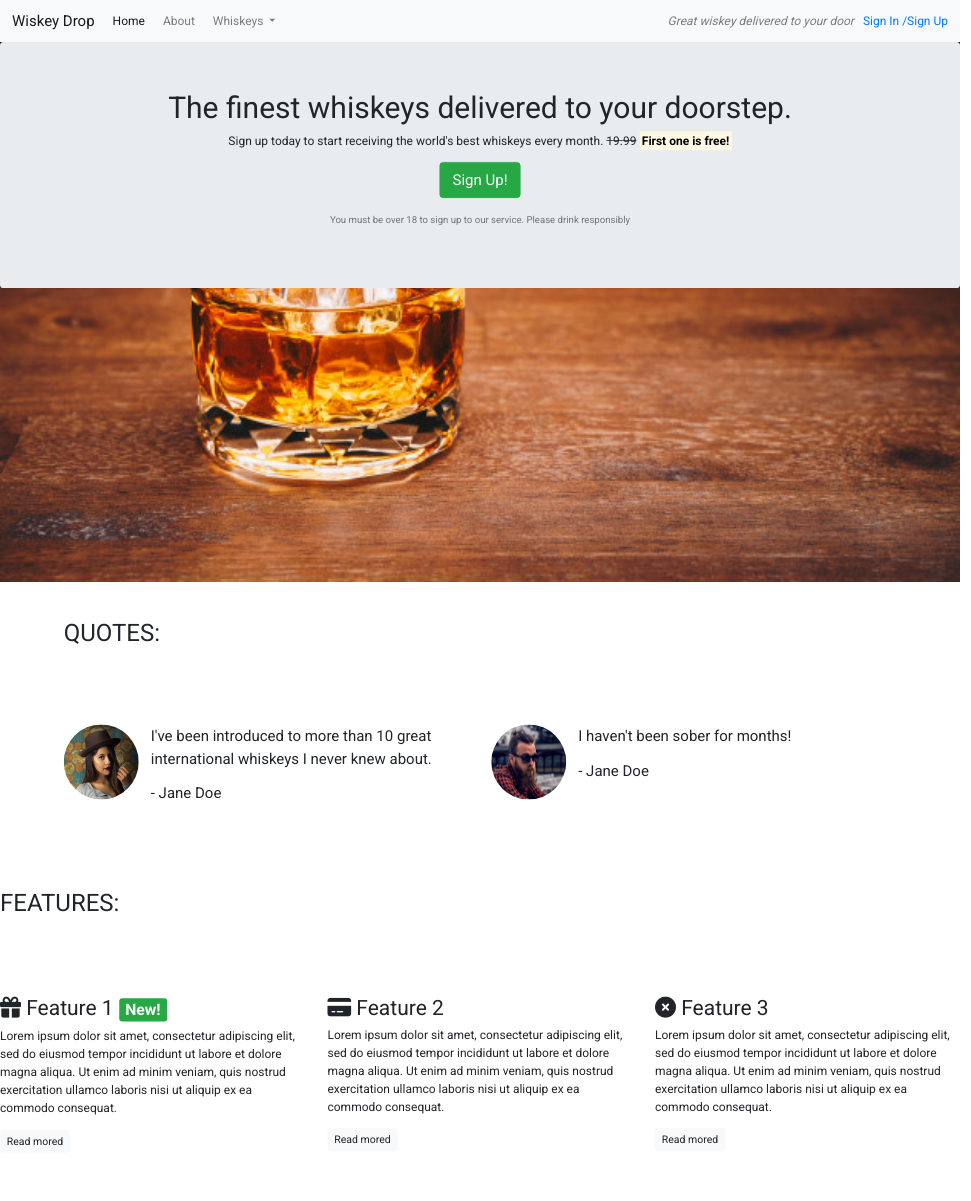
Repository: manub7/bootstrap4-mobile-first
Page: index.html
The author's editor kept a record of every edit. The page is drawn from the files as they stood at one moment, then again after the next edit.
The browser window is 1280 px wide. The page is 1295 px wide, so the pictures cover 1295 px, including what lies to the right of the window. The pictures show the whole page, at 75% of full size.
Backgrounds fixed to the window are drawn as part of the page. Some web libraries are served in a nearby version.

Above is the page before.

### index.html
<!DOCTYPE html>
<html lang="en-us">

<head>
    <meta charset="utf-8">
    <meta name="viewport" content="width=device-width, initial-scale=1.0">
    <title>Whiskey Drop | Taste a new whiskey every month</title>
    <link rel="stylesheet" href="https://maxcdn.bootstrapcdn.com/bootstrap/4.1.3/css/bootstrap.min.css">
    <link rel="stylesheet" href="https://stackpath.bootstrapcdn.com/bootstrap/4.4.1/css/bootstrap.min.css" integrity="sha384-Vkoo8x4CGsO3+Hhxv8T/Q5PaXtkKtu6ug5TOeNV6gBiFeWPGFN9MuhOf23Q9Ifjh" crossorigin="anonymous">
    <script src="https://kit.fontawesome.com/0c0aa31012.js" crossorigin="anonymous"></script>
    <link href="https://fonts.googleapis.com/css?family=Roboto:400,700&display=swap" rel="stylesheet">
    <link rel="stylesheet" href="css/style.css" type="text/css" />
</head>

<body>
    <nav class="navbar navbar-light bg-light navbar-expand-sm ">

        <a href="/" class="navbar-brand">Wiskey Drop</a>
        <button class="navbar-toggler ml-auto" type="button" data-toggle="collapse" data-target="#navbarNavDropdown" aria-controls="navbarNavDropdown" aria-expanded="false" aria-label="Toggle navigation">
        <span class="navbar-toggler-icon"></span></button>

        <div class="collapse navbar-collapse" id="navbarNavDropdown">
            <ul class="navbar-nav mr-auto">
                <li class="active nav-item mr-2"><a class="nav-link" href="/">Home</a></li>
                <li class="nav-item mr-2"><a class="nav-link" href="/about">About</a></li>
                <li class="nav-item dropdown">
                    <a class="nav-link dropdown-toggle" href="#" id="navbarDropdownMenuLink" role="button" data-toggle="dropdown" aria-haspopup="true" aria-expanded="false">
            Whiskeys
        </a>
                    <div class="dropdown-menu" aria-labelledby="navbarDropdownMenuLink">
                        <a class="dropdown-item" href="#">Irish</a>
                        <a class="dropdown-item" href="#">Scotch</a>
                        <a class="dropdown-item" href="#">Japanese</a>
                        <a class="dropdown-item" href="#">American</a>
                    </div>
                </li>

                <li class="nav-item mr-2 d-block d-sm-none"><a class="nav-link" href="">Sign In / Sign Up</a></li>
            </ul>
        </div>

        <div class="d-none d-md-block">
            <p class="navbar-text my-auto mr-2"><i>Great wiskey delivered to your door</i></p>
            <a href="/login">Sign In /Sign Up</a>

        </div>

    </nav>
    <!-- <div class="container alert-container">
        <div class="row d-none d-sm-block">
            <div class="col-12">
                <div class="alert alert-warning">
                    <strong>Sale Now On!</strong> We've got the sale on. Get 12 months subscription for the price of 6!
                    <a ref="">See here for details!</a>
                </div>
            </div>
        </div>
         -->
        <!-- Callout -->
        <div class="callout-container">
            <div class="row">
                <div class="col-12">
                    <section class="callout jumbotron text-center">
                        <h1>The finest whiskeys delivered to your doorstep.</h1>
                        <p clas="lead">Sign up today to start receiving the world's best whiskeys every month.
                            <s class="d-none d-sm-inline">19.99</s>
                            <span class="d-inline d-sm-none"><br></span>
                            <strong><mark> First one is free!</mark></strong></p>
                        <p><button class="btn btn-lg btn-success" data-toggle="modal" data-target="#signUpModal">Sign Up!</button></p>
                        <p class="text-muted"><small> You must be over 18 to sign up to our service. Please drink responsibly </small></p>
                    </section>
                </div>
            </div>
        </div>
        <!-- /.callout -->
    </div>

    <!-- Quotes -->
    <div class="container container-quotes">
        <section class="quotes">
            <div class="row">
                <div class="col-12 my-5">
                    <h2 class="text-uppercase">Quotes:</h2>
                </div>
            </div>
            <div class="row">
                <div class="col-12 col-md-6 my-5">
                    <div class="media">
                        <div class="d-none d-sm-block">
                            <img src="images/girl-image.png" class="rounded-circle  mr-3" height=100 width=100>
                        </div>
                        <div class="media-body">
                            <blockquote class="blockquote">
                                <p>I've been introduced to more than 10 great international whiskeys I never knew about.</p>
                                <p>- Jane Doe</p>
                            </blockquote>
                        </div>
                    </div>
                </div>

                <div class="col-12 col-md-6 my-5">
                    <div class="media">
                        <div class="d-none d-sm-block">
                            <img src="images/guy-image.png" class="rounded-circle mr-3" height=100 width=100>
                        </div>
                        <div class="media-body">
                            <blockquote class="blockquote">
                                <p>I haven't been sober for months!</p>
                                <p>- Jane Doe</p>
                                </blockquotes>
                        </div>
                    </div>
                </div>
            </div>
    </div>
    </section>
    <!-- /.quotes -->


    <!-- Features -->
    <div class="features-container">
        <section class="features">
            <div class="row">
                <div class="col-12 my-5">
                    <h2 class="text-uppercase">Features:</h2>
                </div>
            </div>

            <div class="row">
                <div class="col-12 col-md-6 col-lg-4 my-5">
                    <div class="feature">
                        <h3><i class="fas fa-gift d-none d-sm-inline"></i> Feature 1 <span class="badge badge-success">New!</span></h3>
                        <p>Lorem ipsum dolor sit amet, consectetur adipiscing elit, sed do eiusmod tempor incididunt ut labore et dolore magna aliqua. Ut enim ad minim veniam, quis nostrud exercitation ullamco laboris nisi ut aliquip ex ea commodo consequat.</p>
                        <p><a class="btn btn-sm btn-light">Read mored</a></p>
                    </div>
                </div>


                <div class="col-12 col-md-6 col-lg-4 my-5">
                    <div class="feature">
                        <h3><i class="fas fa-credit-card d-none d-sm-inline"></i> Feature 2</h3>
                        <p>Lorem ipsum dolor sit amet, consectetur adipiscing elit, sed do eiusmod tempor incididunt ut labore et dolore magna aliqua. Ut enim ad minim veniam, quis nostrud exercitation ullamco laboris nisi ut aliquip ex ea commodo consequat.</p>
                        <p><a class="btn btn-sm btn-light">Read mored</a></p>
                    </div>
                </div>


                <div class="col-12 d-md-none d-lg-block col-lg-4 my-5">
                    <div class="feature">
                        <h3><i class="fas fa-times-circle d-none d-sm-inline"></i> Feature 3</h3>
                        <p>Lorem ipsum dolor sit amet, consectetur adipiscing elit, sed do eiusmod tempor incididunt ut labore et dolore magna aliqua. Ut enim ad minim veniam, quis nostrud exercitation ullamco laboris nisi ut aliquip ex ea commodo consequat.</p>
                        <p><a class="btn btn-sm btn-light">Read mored</a></p>
                    </div>
                </div>
            </div>
    </div>
    </section>
    <!-- /.features -->
    </div>

    <!-- /Modla dialog -->

    <div class="modal" tabindex="-1" role="dialog" id="signUpModal">
        <div class="modal-dialog" role="document">
            <div class="modal-content">
                <div class="modal-header">
                    <h5 class="modal-title">Sign Up To Whiskey Drop!</h5>
                    <button type="button" class="close" data-dismiss="modal" aria-label="Close">
          <span aria-hidden="true">&times;</span>
        </button>
                </div>
                <div class="modal-body">
                    <form>
                        <div class="form-group">
                            <label for="exampleInputEmail1">Email address</label>
                            <input type="email" class="form-control" id="exampleInputEmail1" aria-describedby="emailHelp" placeholder="Enter email">
                            <small id="emailHelp" class="form-text text-muted">We'll never share your email with anyone else.</small>
                        </div>
                        <div class="form-group">
                            <label for="password">Password</label>
                            <input type="password" class="form-control" id="password" placeholder="Password">
                        </div>
                        <div class="form-group">
                            <label for="repeatPassword">Repeat Password</label>
                            <input type="password" class="form-control" id="repeatPassword" placeholder="Repeat Password">
                        </div>
                        <button type="submit" class="btn btn-success">Submit</button>
                    </form>
                </div>
            </div>
        </div>
    </div>


    <script src="https://code.jquery.com/jquery-3.4.1.slim.min.js" integrity="sha384-J6qa4849blE2+poT4WnyKhv5vZF5SrPo0iEjwBvKU7imGFAV0wwj1yYfoRSJoZ+n" crossorigin="anonymous"></script>
    <script src="https://cdn.jsdelivr.net/npm/popper.js@1.16.0/dist/umd/popper.min.js" integrity="sha384-Q6E9RHvbIyZFJoft+2mJbHaEWldlvI9IOYy5n3zV9zzTtmI3UksdQRVvoxMfooAo" crossorigin="anonymous"></script>
    <script src="https://stackpath.bootstrapcdn.com/bootstrap/4.4.1/js/bootstrap.min.js" integrity="sha384-wfSDF2E50Y2D1uUdj0O3uMBJnjuUD4Ih7YwaYd1iqfktj0Uod8GCExl3Og8ifwB6" crossorigin="anonymous"></script>
</body>

</html>

### css/style.css
body {
    font-family: 'Roboto', sans-serif;
}

.alert-container {}

.callout-container {
    height: 100vh;
    background: url(../images/wiskey-background.jpg) no-repeat bottom right fixed;
    -webkit-background-size: cover;
    -moz-background-size: cover;
    -o-background-size: cover;
    background-size: cover;
}

.quotes-container {}

.features-container {}

.

After the next edit:
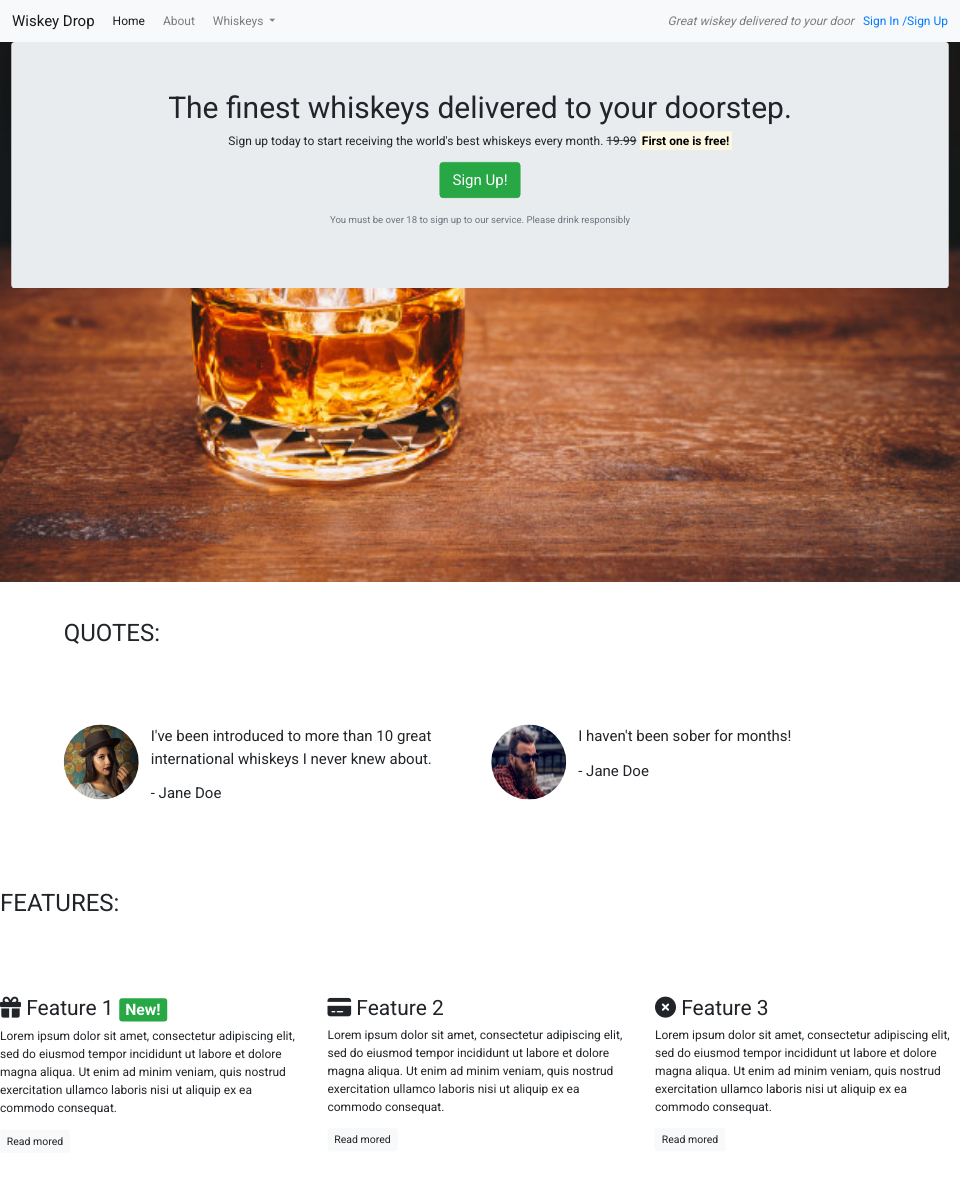
The edit:
--- a/index.html
+++ b/index.html
@@ -57,7 +57,7 @@
         </div>
          -->
         <!-- Callout -->
-        <div class="callout-container">
+        <div class="container-fluid callout-container">
             <div class="row">
                 <div class="col-12">
                     <section class="callout jumbotron text-center">
